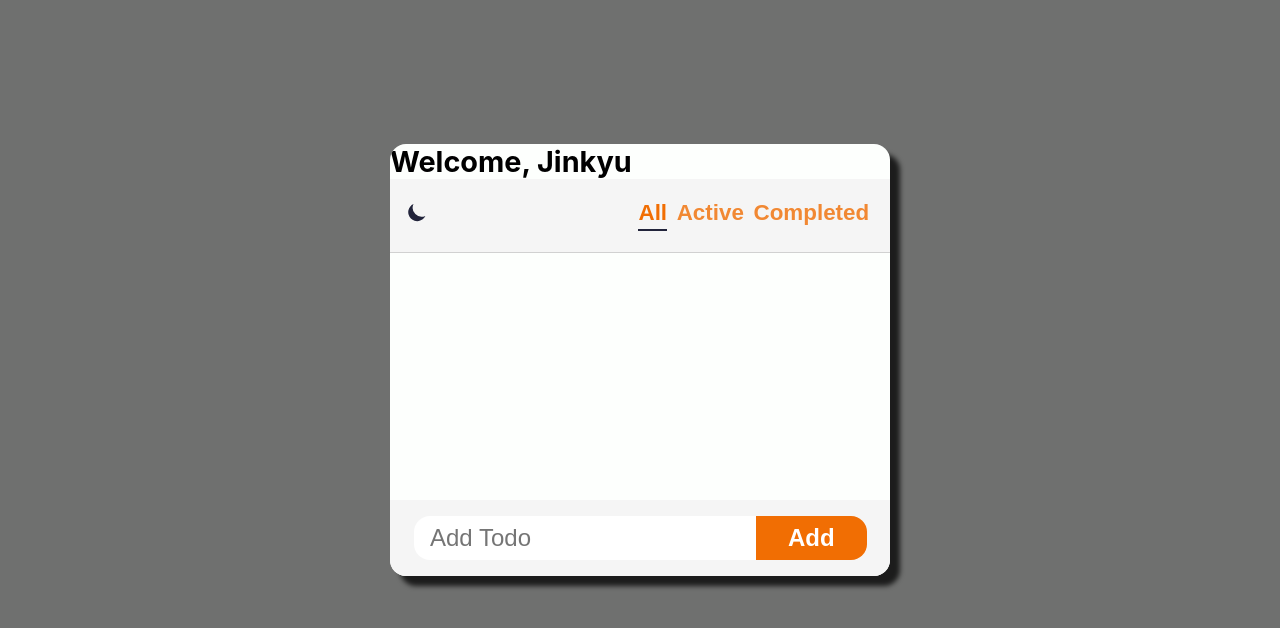
Repository: MrJinkyu/TodoList
Page: /
An editor plug-in stored every save of this project. The page is shown before and after the next save, followed by the edit.
The browser window is 1280 px wide. The pictures show the whole page.
The project was rebuilt for these pictures with package versions that can differ from the ones it lists, and the page was loaded fresh each time. Also part of the build but not shown: src/components/Todo.module.css, src/components/Todo.jsx, src/components/Greeting.module.css.

Above is the page before, as saved 2023-05-01 16:02:22.

### src/index.js
import React from 'react';
import ReactDOM from 'react-dom/client';
import './index.css';
import App from './App';
import reportWebVitals from './reportWebVitals';
import Greeting from './components/Greeting';

const root = ReactDOM.createRoot(document.getElementById('root'));
root.render(
  <React.StrictMode>
    <Greeting/>
    <App />
  </React.StrictMode>
);

// If you want to start measuring performance in your app, pass a function
// to log results (for example: reportWebVitals(console.log))
// or send to an analytics endpoint. Learn more: https://bit.ly/CRA-vitals
reportWebVitals();

### src/index.css
:root{
  --color-body: #6f706f;
  --color-bg-dark:#f5f5f5;
  --color-bg: #fdfffd;
  --color-grey: #d1d1d1;
  --color-text: #22243b;
  --color-accent: #f16e03;
  --color-white: white;
  --color-scrollbar: #aaa7a7;
}

html.dark{
  --color-bg-dark: #1a1c35;
  --color-bg: #22243b;
  --color-grey: #4e4e4e;
  --color-text: #fdfffd;
}

*{
  box-sizing: border-box;
  padding: 0;
  margin: 0;
}

button{
  border: none;
  outline: none;
  cursor: pointer;
  background-color: transparent;
}

ul,li{
  list-style: none;
}

body {
  margin: 0;
  font-family: -apple-system, BlinkMacSystemFont, 'Segoe UI', 'Roboto', 'Oxygen',
    'Ubuntu', 'Cantarell', 'Fira Sans', 'Droid Sans', 'Helvetica Neue',
    sans-serif;
  -webkit-font-smoothing: antialiased;
  -moz-osx-font-smoothing: grayscale;
  width: 100vw;
  height: 100vh;
  display: flex;
  justify-content: center;
  align-items: center;
  background-color: var(--color-body);
  font-size: 1.2rem;
  accent-color: var(--color-accent);
}

#root{
  overflow: hidden;
  display: flex;
  flex-direction: column;
  width: 100%;
  height: 60%;
  max-width: 500px;
  background-color: var(--color-bg);
  border-radius: 1rem;
  box-shadow: 10px 10px 5px 0px rgba(0,0,0,0.75);
-webkit-box-shadow: 10px 10px 5px 0px rgba(0,0,0,0.75);
-moz-box-shadow: 10px 10px 5px 0px rgba(0,0,0,0.75);
}

code {
  font-family: source-code-pro, Menlo, Monaco, Consolas, 'Courier New',
    monospace;
}

::-webkit-scrollbar {
  width: 0.5rem
}

::-webkit-scrollbar-track {
  background-color: var(--color-bg-dark);
}

::-webkit-scrollbar-thumb {
  background-color: var(--color-scrollbar);
}

::-webkit-scrollbar-thumb:hover {
  background-color: var(--color-accent);
}

### src/App.js
import { useState } from "react";
import TodoList from "./components/TodoList";
import Header from "./components/Header";
import { DarkModeProvider } from "./context/DarkModeContext";

const filters = ['all', 'active', 'completed'];
function App() {
  const [filter, setFilter] = useState(filters[0]);
  return (
    <DarkModeProvider>
      <Header filters={filters} filter={filter} onFilterChange={setFilter}/>
      <TodoList filter={filter}/>
    </DarkModeProvider>
  );
}

export default App;

### src/components/Greeting.jsx
import React from 'react';
import styles from './Greeting.module.css';

export default function Greeting() {
    return (
        <h2 className={styles.greeting}>
            Welcome, Jinkyu
        </h2>
    );
}

### src/components/TodoList.jsx
import React, { useEffect, useState } from 'react';
import AddTodo from './AddTodo';
import Todo from './Todo';
import styles from './TodoList.module.css';

export default function TodoList({filter}) {
    const [todos, setTodos] = useState(readTodo);
    const handleAdd = (todo) => {
        setTodos([...todos, todo]);
    }
    const handleUpdate = (updated) => {
        setTodos(todos.map((todo) => todo.id === updated.id ? updated : todo));
    }
    const handleDelete = (deleted) => {
        setTodos(todos.filter((todo) => todo.id !== deleted.id));
    }
    const filtered = getFilteredItems(todos, filter);

    useEffect(()=>{
        localStorage.setItem('todos',JSON.stringify(todos));
    },[todos]);
    return (
        <section className={styles.container}>
            <ul className={styles.list}>
                {filtered.map((item) => (
                    <Todo
                        key={item.id}
                        todo={item}
                        onUpdate={handleUpdate}
                        onDelete={handleDelete}
                    />
                ))}
            </ul>
            <AddTodo onAdd={handleAdd}/>
        </section>
    );
}

function getFilteredItems(todos, filter){
    if(filter === 'all'){
        return todos;
    }
    return todos.filter((todo) => todo.status === filter);
}

function readTodo(){
    const todos = localStorage.getItem('todos');
    return todos ? JSON.parse(todos) : [];
}

### src/components/Header.jsx
import React from 'react';
import styles from './Header.module.css';
import { useDarkMode } from '../context/DarkModeContext';
import { HiMoon, HiSun } from 'react-icons/hi';

export default function Header({filters, filter, onFilterChange}) {
    const {darkMode, toggleDarkMode} = useDarkMode();

    return (
        <header className={styles.header}>
            <button className={styles.toggle} onClick={toggleDarkMode}>
                {!darkMode && <HiMoon></HiMoon>}
                {darkMode && <HiSun></HiSun>}
            </button>
            <ul className={styles.filters}>
                {filters.map((value,index) => (
                    <li key={index}>
                        <button
                            onClick={() => onFilterChange(value)}
                            className={`${styles.filter} ${filter === value && styles.selected}`}
                        >
                            {value}
                        </button>
                    </li>
                ))}
            </ul>
        </header>
    );
}

### src/context/DarkModeContext.jsx
const { createContext, useState, useContext } = require("react");

const DarkModeContext = createContext();

export function DarkModeProvider({children}){
    const [darkMode, setDarkMode] = useState(false);
    const toggleDarkMode = () => {
        setDarkMode(!darkMode);
        updateDarkMode(!darkMode);
    }

    return (
        <DarkModeContext.Provider value={{darkMode, toggleDarkMode}}>
            {children}
        </DarkModeContext.Provider>
    )
}

export const useDarkMode = () => useContext(DarkModeContext);

function updateDarkMode(darkMode){
    if(darkMode){
        document.documentElement.classList.add('dark');
    }else{
        document.documentElement.classList.remove('dark');
    }
}

### src/components/AddTodo.jsx
import React, { useState } from 'react';
import {v4 as uuidv4} from 'uuid';
import styles from './AddTodo.module.css';

export default function AddTodo({onAdd}) {
    const [text, setText] = useState('');
    const handleChange = (e) => {
        setText(e.target.value);
    }
    const handleSubmit = (e) => {
        e.preventDefault();
        if(text.trim().length === 0){
            return ;
        }
        onAdd({ id: uuidv4(), text, status: 'active' });
        setText('');
    }
    return (
        <form className={styles.form} onSubmit={handleSubmit}>
            <input
                className={styles.input}
                type="text"
                value={text}
                onChange={handleChange}
                placeholder='Add Todo'
            />
            <button className={styles.button}>Add</button>
        </form>
    );
}

### src/components/TodoList.module.css
.container{
    height: 100%;
    display: flex;
    flex-direction: column;
    min-height: 0;
}

.list{
    flex: 1 1 auto;
    padding: 0.7rem 1rem;
    overflow-y: auto;
}

### src/components/Header.module.css
.header{
    background-color: var(--color-bg-dark);
    display: flex;
    justify-content: space-between;
    align-items: center;
    padding: 1rem;
    border-bottom: 1px solid var(--color-grey);
}

.toggle{
    font-size: 1.4rem;
    color: var(--color-text);
    transition: all 150ms ease-out;
}

.toggle:hover{
    color: var(--color-accent);
    transform: scale(1.1);
}

.filters{
    display: flex;
}

.filter{
    margin: 0.3rem;
    font-size: 1.4rem;
    color: var(--color-accent);
    font-weight: bold;
    opacity: 0.8;
    text-transform: capitalize;
}

.filter:hover,
.filter.selected{
    opacity: 1;
}

.filter.selected::after{
    content: '';
    display: block;
    margin-top: 0.2rem;
    border: 1px solid var(--color-text);
}

### src/components/AddTodo.module.css
.form{
    width: 100%;
    display: flex;
    padding: 1rem 1.5rem;
    background-color: var(--color-bg-dark);
}

.input{
    font-size: 1.5rem;
    border: none;
    outline: none;
    padding: 0.5rem 1rem;
    flex: 1 0 auto;
    border-top-left-radius: 1rem;
    border-bottom-left-radius: 1rem;
}

.button{
    padding: 0 2rem;
    font-size: 1.5rem;
    font-weight: bold;
    background-color: var(--color-accent);
    color: var(--color-white);
    border-top-right-radius: 1rem;
    border-bottom-right-radius: 1rem;
}

.button:hover{
    filter: brightness(125%);
}

Loaded but not shown: public/index.html (common file); src/reportWebVitals.js (common file)

After the next save:
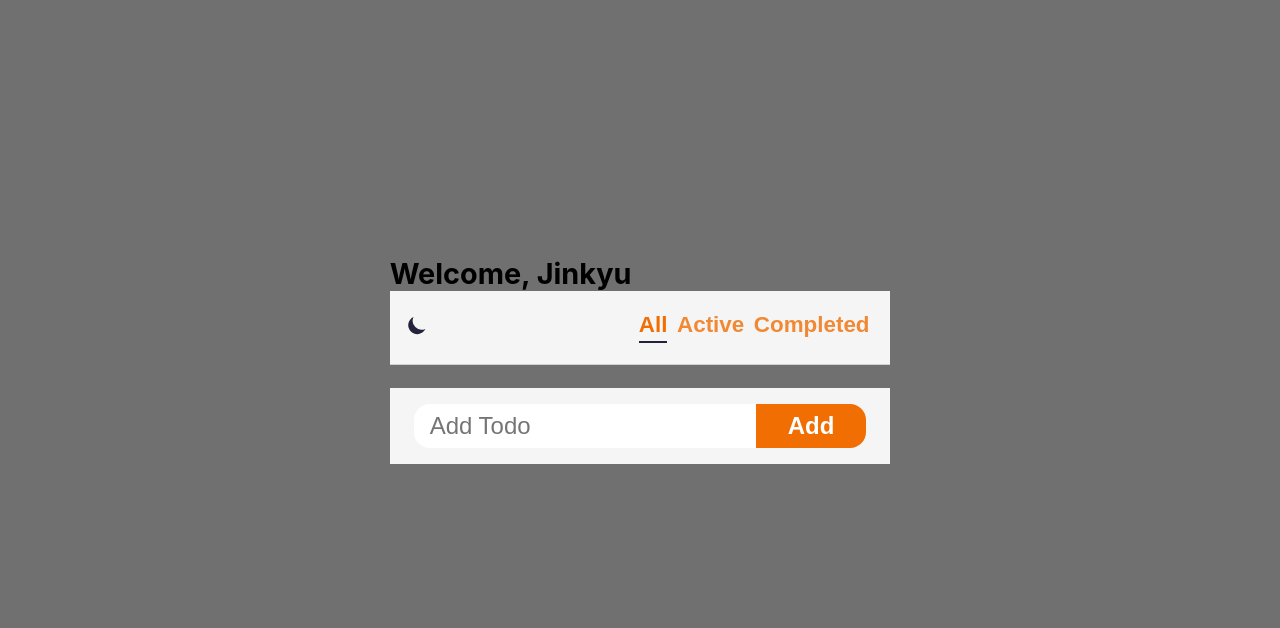
Saved 58 s later.
--- a/src/index.css
+++ b/src/index.css
@@ -50,20 +50,6 @@ body {
   accent-color: var(--color-accent);
 }
 
-#root{
-  overflow: hidden;
-  display: flex;
-  flex-direction: column;
-  width: 100%;
-  height: 60%;
-  max-width: 500px;
-  background-color: var(--color-bg);
-  border-radius: 1rem;
-  box-shadow: 10px 10px 5px 0px rgba(0,0,0,0.75);
--webkit-box-shadow: 10px 10px 5px 0px rgba(0,0,0,0.75);
--moz-box-shadow: 10px 10px 5px 0px rgba(0,0,0,0.75);
-}
-
 code {
   font-family: source-code-pro, Menlo, Monaco, Consolas, 'Courier New',
     monospace;
